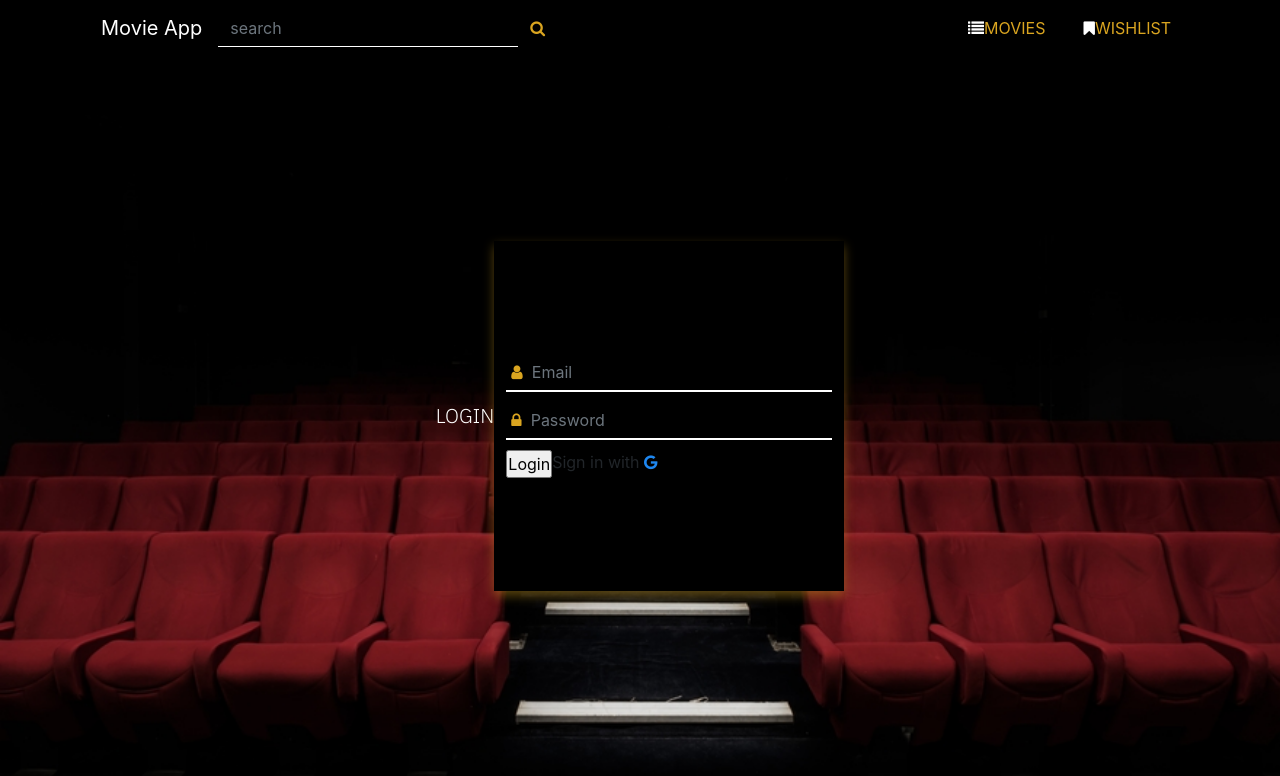
Repository: latenightsnacc/movie-db-app
Page: login.html
An editor plug-in stored every save of this project. The page is shown before and after the next save, followed by the edit.
The browser window is 1280 px wide. The pictures show the whole page.
The style sheet was rebuilt from its Sass, Less or Tailwind sources for each picture, by a compiler version that may differ from the author's.

Above is the page before, as saved 2020-06-17 10:33:24.
Console error (its wording comes from the project's code and is left out).

### login.html
<!DOCTYPE html>
<html lang="en">
<head>
    <meta charset="UTF-8">
    <meta name="viewport" content="width=device-width, initial-scale=1.0">
    <!--Bootstrap-->
    <link rel="stylesheet" href="bootstrap-4.4.1-dist/bootstrap-4.4.1-dist/css/bootstrap.min.css">
    <!--Font Awesome-->
    <link rel="stylesheet" href="https://stackpath.bootstrapcdn.com/font-awesome/4.7.0/css/font-awesome.min.css">
    <!--UI kit-->
    <link rel="stylesheet" href="uikit-3.4.6/css/uikit.min.css">
    <!--Custom css-->
    <link rel="stylesheet" href="Stylesheet/stylesheet.css">
    <title>Movie App</title>
</head>
<body>
    <!--Header-->
    <header class="header">
        <div class="container">
            <nav class="navbar navbar-expand-lg navbar-dark bg-dark">
                <!--Logo-->
                <a class="navbar-brand" href="#">Movie App</a>
                <!--Search Bar-->
                <div class="input-group">
                    <input type="text" class="form-control" id="inlineFormInputGroupUsername" placeholder="search">
                    <div class="input-group-prepend">
                      <div class="input-group-text">
                          <i class="fa fa-search"></i>
                      </div>
                    </div>
                </div>
                <button class="navbar-toggler" type="button" data-toggle="collapse" data-target="#navbarNavAltMarkup" aria-controls="navbarNavAltMarkup" aria-expanded="false" aria-label="Toggle navigation">
                  <span class="navbar-toggler-icon"></span>
                </button>
                <div class="collapse navbar-collapse" id="navbarNavAltMarkup">
                  <div class="navbar-nav">
                    <a class="nav-item nav-link" href="#">
                        <span>
                            <i class="fa fa-list"></i>
                        </span>
                        Movies
                    </a>
                    <a class="nav-item nav-link" href="#">
                        <span>
                            <i class="fa fa-bookmark"></i>
                        </span>
                        Wishlist
                    </a>
                  </div>
                </div>
            </nav>
        </div>

    </header>
    <!--Main Body-->
    <main>
        <div class="container">
            <div class="form mx-auto my-auto">
                <div class="form-title" id="form-title">Login</div>
                <form method="" action="">
                    <div class="form-row">
                        <div class="input-group">
                            <div class="input-group-prepend">
                                <div class="input-group-text">
                                    <i class="fa fa-user"></i>
                                </div>
                            </div>
                            <input type="text" class="form-control" id="inlineFormInputGroupUsername" placeholder="Email">
                        </div>
                    </div>
                    <div class="form-row">
                        <div class="input-group">
                            <div class="input-group-prepend">
                                <div class="input-group-text">
                                    <i class="fa fa-lock"></i>
                                </div>
                            </div>
                            <input type="text" class="form-control" id="inlineFormInputGroupUsername" placeholder="Password">
                        </div>
                    </div>
                    <div class="form-row">
                        <input type="submit" value="Login" />
                        <div class="login-icons">Sign in with <a href="#"><i class="fa fa-google"></i></a></div>
                    </div>
                </form>
            </div>
        </div>
    </main>
    <!--Scripts-->
    <script src="bootstrap-4.4.1-dist/bootstrap-4.4.1-dist/js/bootstrap.min.js"></script>
    <script src="uikit-3.4.6/js/uikit.min.js"></script>
</body>
</html>

### Stylesheet/stylesheet.scss
@import 'variables';
@import 'animations';
@import 'header';
@import 'hero';
@import 'menu';
@import 'cards';
@import 'footer';
@import 'login';

*{
    margin: 0;
    padding: 0;
    list-style: none;
    text-decoration: none;
    outline: none;
}

body{
    background-image: $bg-Img;
    overflow-x: hidden;
    min-height: 100vh;
    background-size: cover;
    background-repeat: no-repeat;
    background-position: center;
}

.main {
    width: 100vw;
}
.row {
    margin: 20px 0px;
}

### Stylesheet/_variables.scss
@import url('https://fonts.googleapis.com/css2?family=IBM+Plex+Sans:wght@300;700&display=swap');

$font: 'IBM Plex Sans', sans-serif;
$bg-Img: url("/bg.jpg");
$transparent-bg: rgba(black, 0.5);
$dark: black;
$light: #fff;
$golden: #DAA520;
$box-shadow: 0 5px 10px rgba($golden,0.4);
// $box-shadow: 0 5px 15px rgba(#DAA520, 0.08);
$btn-shadow: 2px 20px 25px -15px rgba(0, 0, 0, 0.54);

### Stylesheet/_animations.scss
@keyframes animateOpacity {
    0% {
      opacity: 0;
    }
    100% {
      opacity: 1;
    }
  }

  @keyframes animateScale {
    0% {
      transform: scale(1.1);
    }
    100% {
      transform: scale(1);
    }
  }


  @keyframes pulse {
    from {
      transform: scale3d(1, 1, 1);
    }

    50% {
      transform: scale3d(1.05, 1.05, 1.05);
    }

    to {
      transform: scale3d(1, 1, 1);
    }
  }


  @-webkit-keyframes fadeIn {
    from {
      opacity: 0;
    }

    to {
      opacity: 1;
    }
  }

  @keyframes fadeIn {
    from {
      opacity: 0;
    }

    to {
      opacity: 1;
    }
  }

  .fadeIn {
    -webkit-animation-name: fadeIn;
    animation-name: fadeIn;
  }

  .animated {
    -webkit-animation-duration: 1s;
    animation-duration: 1s;
    -webkit-animation-fill-mode: both;
    animation-fill-mode: both;
  }

### Stylesheet/header.scss
@import 'variables';

.header {
    .navbar, .navbar-dark {
        width: 100%;
        background-color: $dark !important;
    }
    .form-control {
        max-width: 300px;
        outline: none;
        border: none;
        border-bottom: 1px solid $light;
        background-color: $dark;
        border-radius: 0px !important;

        &:focus{
            outline: none !important;
        }
    }
    .input-group-prepend, .input-group-text{
        background-color: $dark !important;
        color: $golden !important;
        border: none !important;
        border-bottom: 1px solid $light;
    }
    a.nav-link {
        display: flex;
        align-items: center;
        margin-left: 12px;
        color: $golden !important;
        text-transform: uppercase;
        span {

            color: $light;
            .fa {
                padding-left: 10px;
            }
        }
    }
    a.nav-btn {
        border: 1px solid $light;
        color: $dark !important;
        font-weight: 500;
        display: flex;
        justify-content: center;
        align-items: center;
        padding: 5px;
        width: 80px;
        height: 40px;
        border-radius: 20px;
        background-color: $light;
    }
}

### Stylesheet/hero.scss
@import 'variables';

.hero-slide {
    position: relative;

    .dark-img {
        background-image: url("/images/bright.jpg");
        background-repeat: no-repeat;
        background-size: cover;
        height: 100%;
        width: 100%;
    }

    img {
        background-image: linear-gradient(rgba(0,0,0, 0.5));
    }
    .movie-features {
        position: absolute;
        top: 40%;
        left: 10%;

        .title {
            color: $light;
            font-weight: 700;
            font-family: $font;
            font-size: 80px;
            line-height: 100px;
        }
        dd {
            color: $light;
            line-height: 20px;
            font-family: $font;
            font-weight: 300;
        }
        .stars {
            *{
                color: $golden;
                font-size: 50px;
                line-height: 60px;
                box-shadow: $box-shadow;
            }
        }
    }

}

### Stylesheet/menu.scss
@import 'variables';

.filterMenu {
    background-color: $transparent-bg;

    .menuList {
        display: flex;
        width: 100%;
        justify-content: space-around;
        padding: 20px 0px;

        li {
            a {
                color: $light;
                font-family: $font;
                font-size: 20px;
                border: 1px solid $light;
                padding: 10px;
                border-radius: 3px;

                &:hover {
                    text-decoration: none;
                }

                &.active{
                    color: $golden;
                    border: 1px solid $golden;
                    font-weight: 500;
                }
            }

        }

    }

}

### Stylesheet/cards.scss
@import 'variables';

.card {
    background-color: $dark;
    box-shadow: $box-shadow;
    border: 1px solid $transparent-bg;
    height: auto;
    border-radius: 0px;
    width: 200px;

    .card-img{
        height: 300px;
        width: 200px;

        img{
            height: 100%;
            width: 100%;
        }
    }


    .card-content {
        // display: flex;
        // justify-content: space-between;
        width: 100%;
        // padding-top: 10px;



        .movie-content{
            position: relative;
            padding-left: 10px;
            .wishlist-btn {
                top: 10px;
                right: 10px;
                position: absolute;
                height: 40px;
                width: 40px;
                display: flex;
                justify-content: center;
                align-items: center;
                border-radius: 50%;
                padding: 5px;
                border: 1px solid $golden;
                .fa {
                    color: $light;
                }
            }
            .movie-title{
                padding-top: 15px;
                color: $light;
            }
            p{
                color: $light;
                font-size: 13px;

            }
        }

        span.card-rating {
            position: absolute;
            left: 7px;
            top: 7px;
            height: 40px;
            width: 40px;
            margin-right: 5px;
            display: flex;
            justify-content: center;
            align-items: center;
            border-radius: 50%;
            padding: 5px;
            border: 1px solid $golden;
            color: $golden;
            background-color: $dark;

        }
    }

    &:hover {
        transform: translateY();
    }
}

### Stylesheet/login.scss
@import 'variables';

.form {
    height: 100vh;
    display: flex;
    align-items: center;
    justify-content: center;
    // min-width: 300px;
    // max-width: 500px;

    .form-title {
        font-size: 20px;
        font-family: $font;
        line-height: 30px;
        text-transform: uppercase;
        color: $light;
        text-align: center;
    }

    form {
        padding: 10px;
        background-color: $dark;
        display: flex;
        flex-direction: column;
        justify-content: center;
        height: 350px;
        box-shadow: $box-shadow;
        border: 2px solid $dark;
        width: 350px;

        .form-row {
            margin: 5px 0px;

            .form-control, .input-group-text {
                background-color: $transparent-bg;
                border: 0;
                border-bottom: 2px solid $light;
                border-radius: 0;
                color: $light;
                padding: 2px 5px;

                &:focus-within {
                    border: 0;
                    outline: none;
                    outline-color: $transparent-bg !important;
                    border-radius: 0;
                }
            }
            .input-group-text {
                color: $golden;
            }
        }
    }
}

Loaded but not shown: bootstrap-4.4.1-dist/bootstrap-4.4.1-dist/css/bootstrap.min.css (library); uikit-3.4.6/css/uikit.min.css (library); bootstrap-4.4.1-dist/bootstrap-4.4.1-dist/js/bootstrap.min.js (library); uikit-3.4.6/js/uikit.min.js (library); Stylesheet/footer.scss (common file)

After the next save:
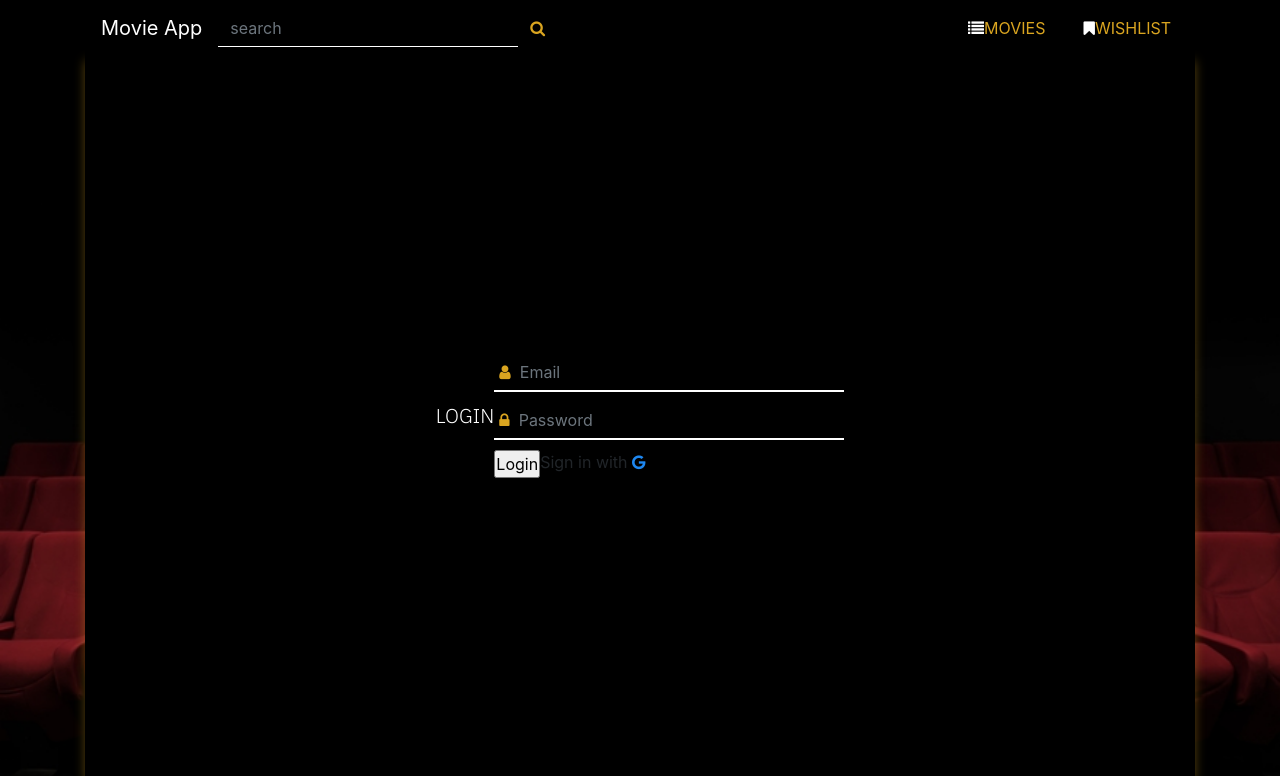
Saved 46 s later.
--- a/Stylesheet/login.scss
+++ b/Stylesheet/login.scss
@@ -5,8 +5,10 @@
     display: flex;
     align-items: center;
     justify-content: center;
-    // min-width: 300px;
-    // max-width: 500px;
+    padding: 10px;
+    background-color: $dark;
+    box-shadow: $box-shadow;
+    border: 2px solid $dark;
 
     .form-title {
         font-size: 20px;
@@ -18,14 +20,12 @@
     }
 
     form {
-        padding: 10px;
-        background-color: $dark;
+
         display: flex;
         flex-direction: column;
         justify-content: center;
         height: 350px;
-        box-shadow: $box-shadow;
-        border: 2px solid $dark;
+
         width: 350px;
 
         .form-row {

After the save that followed:
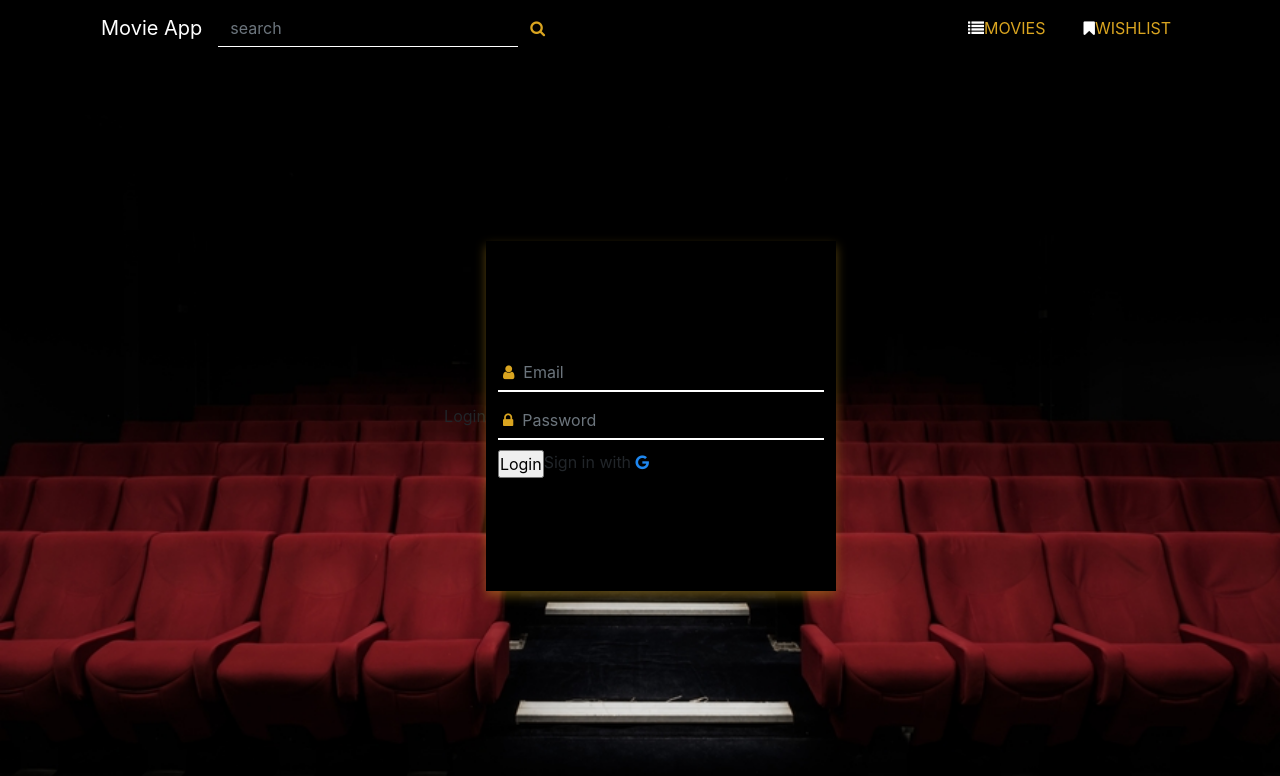
Saved 55 s later.
--- a/Stylesheet/login.scss
+++ b/Stylesheet/login.scss
@@ -5,28 +5,26 @@
     display: flex;
     align-items: center;
     justify-content: center;
-    padding: 10px;
-    background-color: $dark;
-    box-shadow: $box-shadow;
-    border: 2px solid $dark;
-
-    .form-title {
-        font-size: 20px;
-        font-family: $font;
-        line-height: 30px;
-        text-transform: uppercase;
-        color: $light;
-        text-align: center;
-    }
 
     form {
-
+        padding: 10px;
+        background-color: $dark;
+        box-shadow: $box-shadow;
+        border: 2px solid $dark;
         display: flex;
         flex-direction: column;
         justify-content: center;
         height: 350px;
+        width: 350px;
 
-        width: 350px;
+        .form-title {
+            font-size: 20px;
+            font-family: $font;
+            line-height: 30px;
+            text-transform: uppercase;
+            color: $light;
+            text-align: center;
+        }
 
         .form-row {
             margin: 5px 0px;
